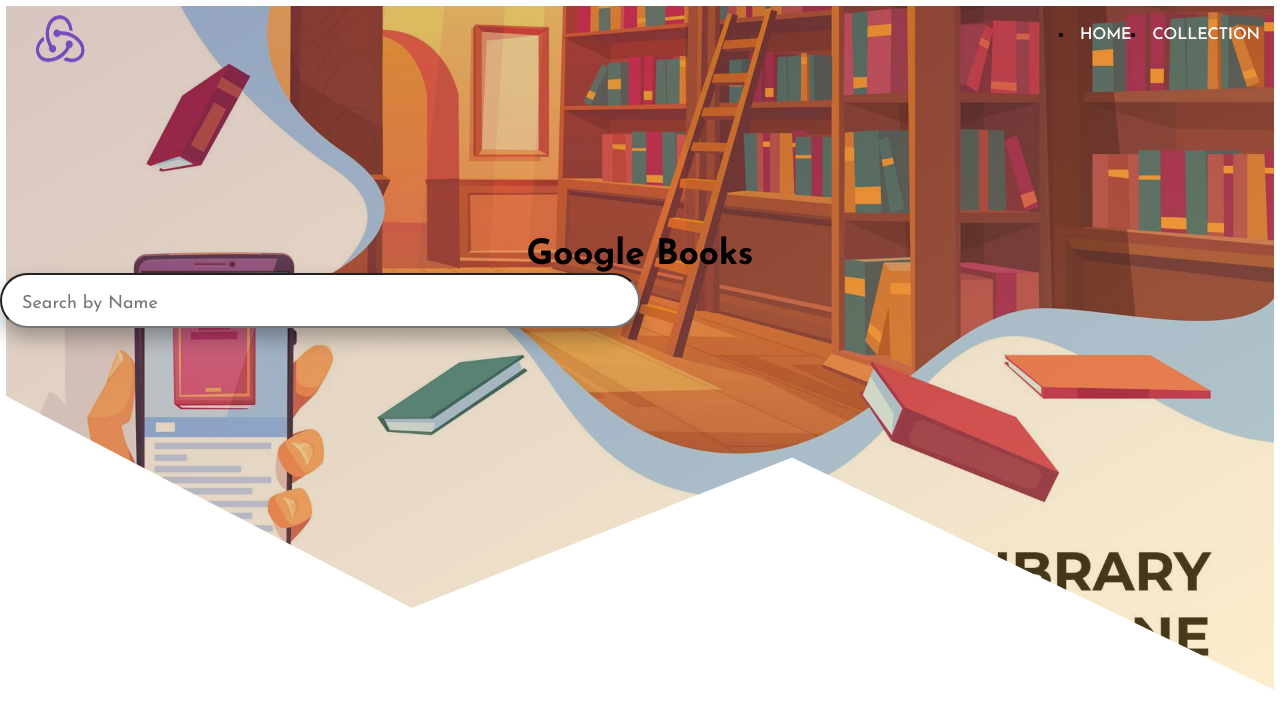
Repository: Kol124/react-book-library
Page: /
The author's editor kept a copy of each file at every save. The page is drawn from the files as they stood at one save, then again after the next save.
The browser window is 1280 px wide. The pictures show the whole page.
The project was rebuilt for these pictures with package versions that can differ from the ones it lists, and the page was loaded fresh each time.

Above is the page before, as saved 2021-07-13 18:45:47.

After the next save:
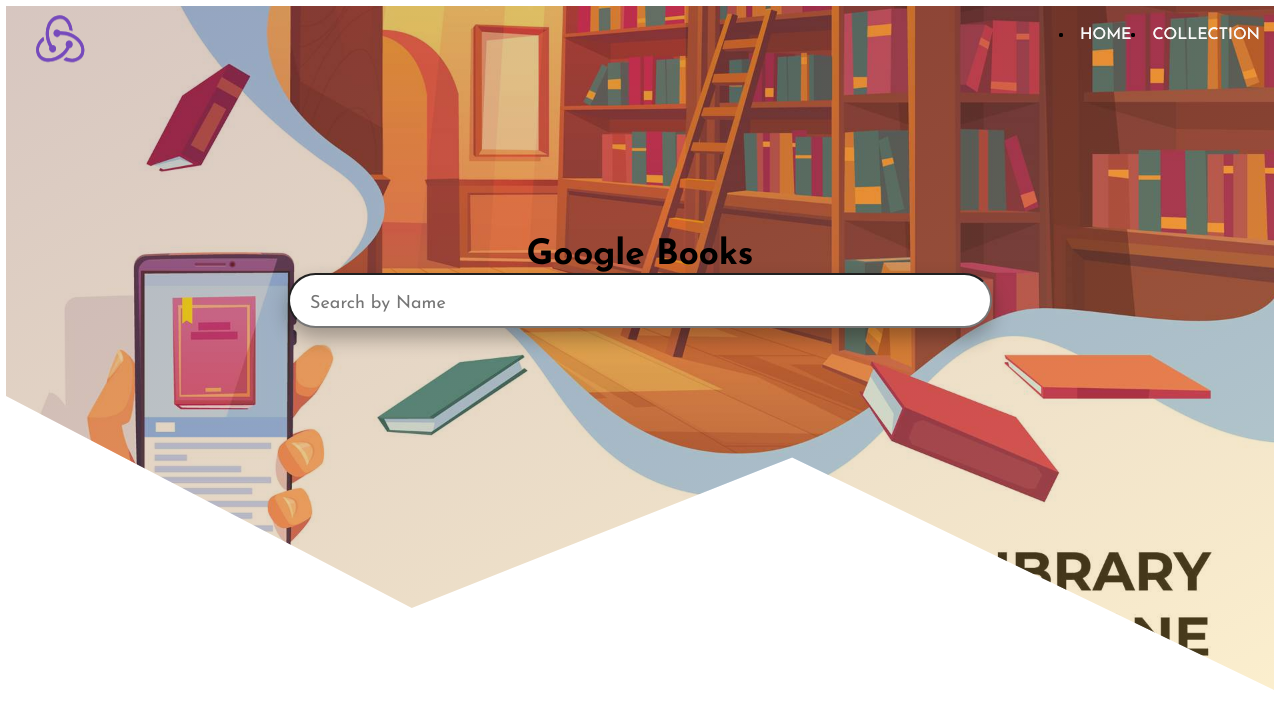
Saved 67 s later.
--- a/src/components/Home.js
+++ b/src/components/Home.js
@@ -19,7 +19,7 @@
   position: absolute;
   top: 40%;
   left: 50%;
-  width: 100%;
+  width: 55%;
   margin: 0 auto;
 `;
 
@@ -43,7 +43,7 @@
   margin: 0 auto 1rem auto;
   height: 5.5rem;
   color: #ccc;
-  width: 50%;
+  width: 100%;
   outline: none;
   font-size: 1.8rem;
   border-radius: 3rem;
